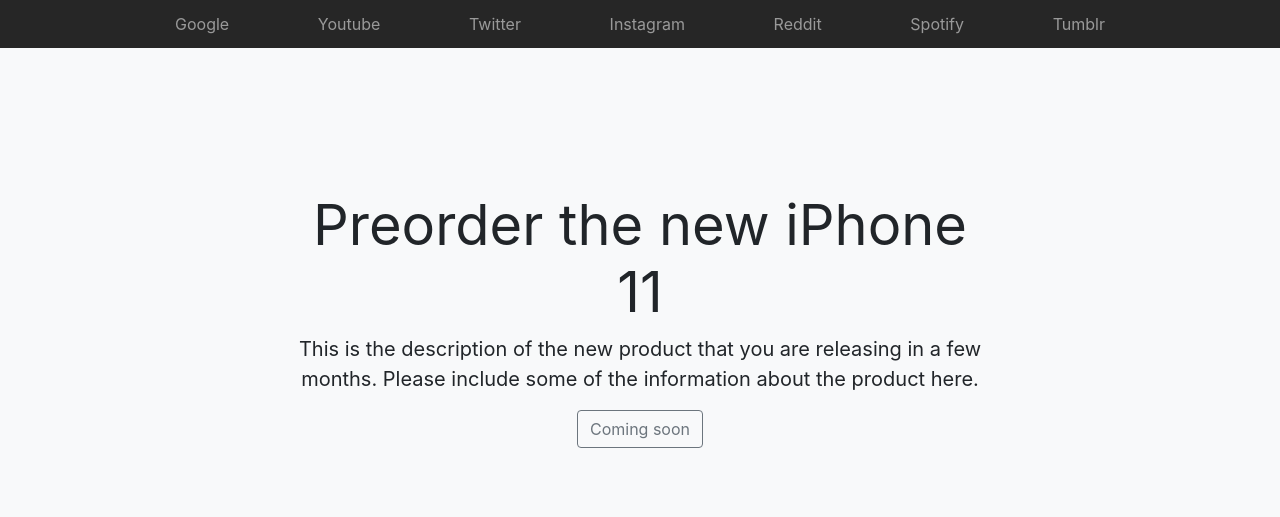
Repository: Ayang048/Amy-Yang---Resume
Page: LearnCS8-Twilio/index.html
The author's editor kept a record of every edit. The page is drawn from the files as they stood at one moment, then again after the next edit.
The browser window is 1280 px wide. The pictures show the whole page.

Above is the page before.

After the next edit:
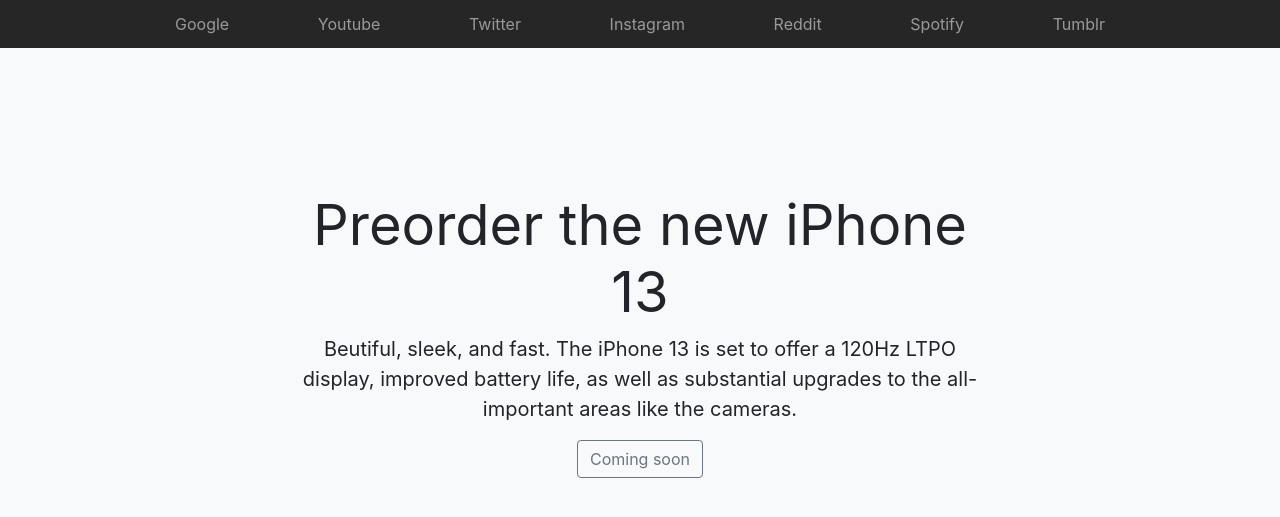
The edit:
--- a/LearnCS8-Twilio/index.html
+++ b/LearnCS8-Twilio/index.html
@@ -30,9 +30,9 @@
   <!-- Main Header Section h1-->
 <div class="position-relative overflow-hidden p-3 p-md-5 m-md-0 text-center bg-light">
     <div class="col-md-8 p-lg-5 mx-auto my-5">
-        <h1 class="display-4 font-weight-normal">Preorder the new iPhone 11</h1>
-        <p class="lead font-weight-normal">This is the description of the new product that you are releasing in a few months. Please include some of the information about the product here.</p>
-        <a class="btn btn-outline-secondary" href="#">Coming soon</a>
+        <h1 class="display-4 font-weight-normal">Preorder the new iPhone 13</h1>
+        <p class="lead font-weight-normal">Beutiful, sleek, and fast. The iPhone 13 is set to offer a 120Hz LTPO display, improved battery life, as well as substantial upgrades to the all-important areas like the cameras.</p>
+        <a class="btn btn-outline-secondary" href="https://www.google.com/">Coming soon</a>
     </div>
 </div>
   </body>
